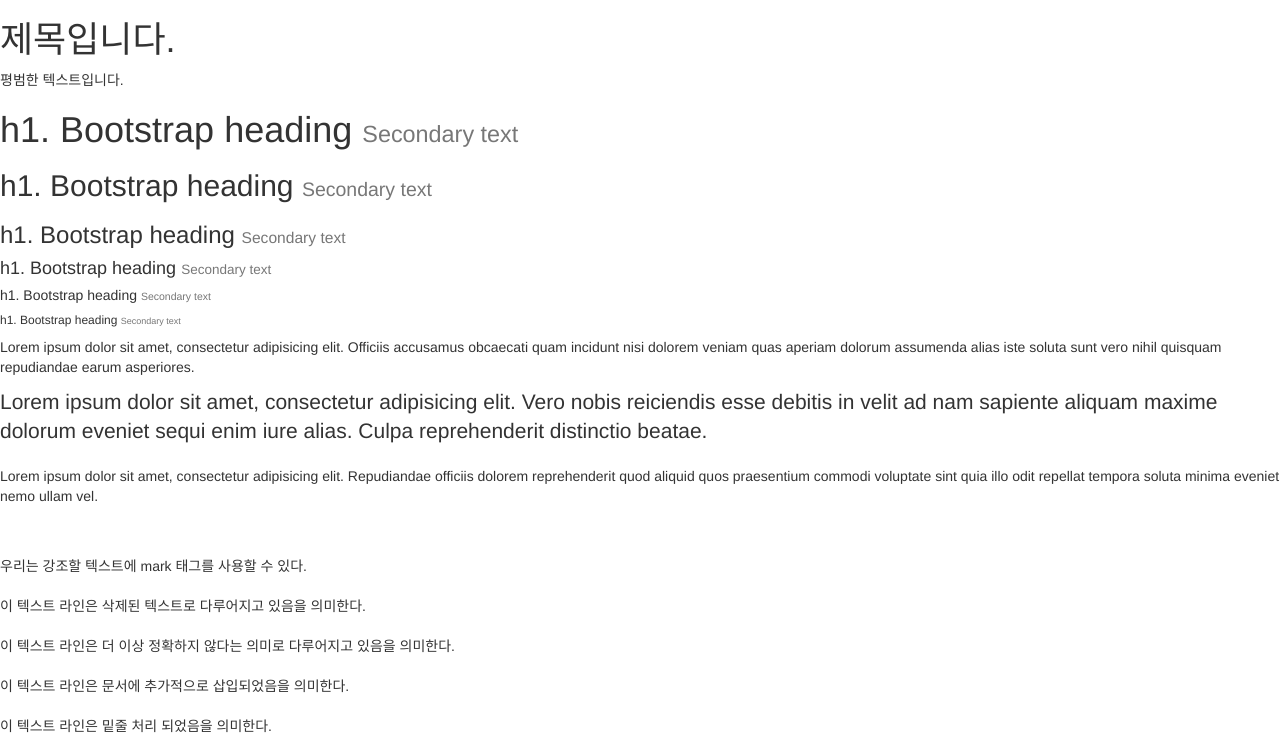
Repository: yhj4130/BootstrapStudy
Page: BootstrapWork/WebContent/BootEx01.html
An editor plug-in stored every save of this project. The page is shown before and after the next save, followed by the edit.
The browser window is 1280 px wide. The pictures show the whole page.

Above is the page before, as saved 2019-06-12 01:19:11.

### BootstrapWork/WebContent/BootEx01.html
<!DOCTYPE html>
<html>
<head>
<meta charset="UTF-8">
<title>BootEx01.html</title>

<!-- 부트스트랩 적용 이전과 이후 내용을 비교 확인 -->
<!-- 각 엘리먼트들이 갖는 시각적인 효과 및 여백 정책 -->

<link rel="stylesheet" href="css/bootstrap.css">
<script type="text/javascript" src="js/jquery-3.4.1.min.js"></script>
<script type="text/javascript" src="js/bootstrap.min.js"></script>

</head>
<body>

<h1>제목입니다.</h1>

평범한 텍스트입니다.

<h1>h1. Bootstrap heading <small>Secondary text</small></h1>
<h2>h1. Bootstrap heading <small>Secondary text</small></h2>
<h3>h1. Bootstrap heading <small>Secondary text</small></h3>
<h4>h1. Bootstrap heading <small>Secondary text</small></h4>
<h5>h1. Bootstrap heading <small>Secondary text</small></h5>
<h6>h1. Bootstrap heading <small>Secondary text</small></h6>

<p>Lorem ipsum dolor sit amet, consectetur adipisicing elit. Officiis accusamus obcaecati quam incidunt nisi dolorem veniam quas aperiam dolorum assumenda alias iste soluta sunt vero nihil quisquam repudiandae earum asperiores.</p>
<p class="lead">Lorem ipsum dolor sit amet, consectetur adipisicing elit. Vero nobis reiciendis esse debitis in velit ad nam sapiente aliquam maxime dolorum eveniet sequi enim iure alias. Culpa reprehenderit distinctio beatae.</p>
<p>Lorem ipsum dolor sit amet, consectetur adipisicing elit. Repudiandae officiis dolorem reprehenderit quod aliquid quos praesentium commodi voluptate sint quia illo odit repellat tempora soluta minima eveniet nemo ullam vel.</p>

<br><br>

우리는 강조할 텍스트에 mark 태그를 사용할 수 있다. <br><br>

이 텍스트 라인은 삭제된 텍스트로 다루어지고 있음을 의미한다. <br><br>

이 텍스트 라인은 더 이상 정확하지 않다는 의미로 다루어지고 있음을 의미한다. <br><br>

이 텍스트 라인은 문서에 추가적으로 삽입되었음을 의미한다. <br><br>

이 텍스트 라인은 밑줄 처리 되었음을 의미한다. <br><br>

</body>
</html>

Loaded but not shown: BootstrapWork/WebContent/css/bootstrap.css (library); BootstrapWork/WebContent/js/jquery-3.4.1.min.js (library); BootstrapWork/WebContent/js/bootstrap.min.js (library)

After the next save:
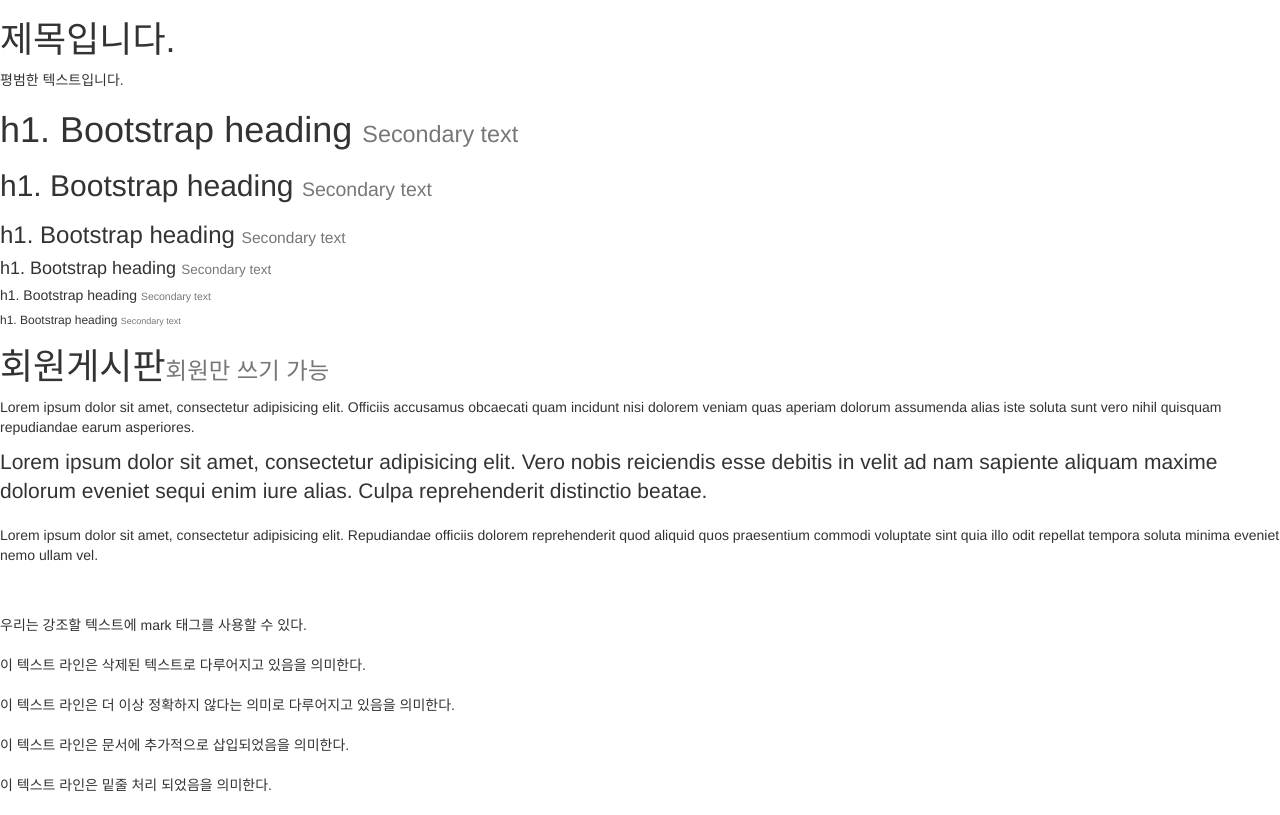
Saved 6 min 1 s later.
--- a/BootstrapWork/WebContent/BootEx01.html
+++ b/BootstrapWork/WebContent/BootEx01.html
@@ -25,6 +25,8 @@
 <h5>h1. Bootstrap heading <small>Secondary text</small></h5>
 <h6>h1. Bootstrap heading <small>Secondary text</small></h6>
 
+<h1>회원게시판<small>회원만 쓰기 가능</small></h1>
+
 <p>Lorem ipsum dolor sit amet, consectetur adipisicing elit. Officiis accusamus obcaecati quam incidunt nisi dolorem veniam quas aperiam dolorum assumenda alias iste soluta sunt vero nihil quisquam repudiandae earum asperiores.</p>
 <p class="lead">Lorem ipsum dolor sit amet, consectetur adipisicing elit. Vero nobis reiciendis esse debitis in velit ad nam sapiente aliquam maxime dolorum eveniet sequi enim iure alias. Culpa reprehenderit distinctio beatae.</p>
 <p>Lorem ipsum dolor sit amet, consectetur adipisicing elit. Repudiandae officiis dolorem reprehenderit quod aliquid quos praesentium commodi voluptate sint quia illo odit repellat tempora soluta minima eveniet nemo ullam vel.</p>
